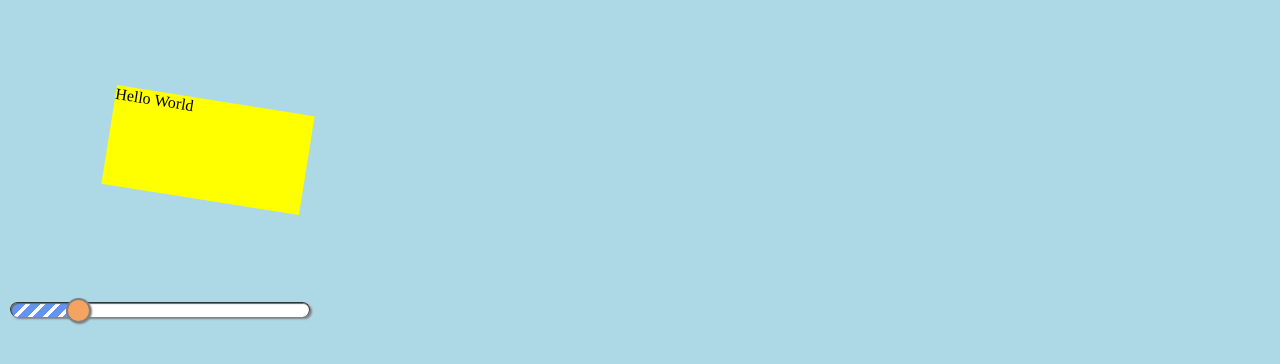
Repository: Jhin7782/HBuilder-Projects
Page: 【CSS】/动画/2d/transform/2.slider-control-box.html
An editor plug-in stored every save of this project. The page is shown before and after the next save, followed by the edit.
The browser window is 1280 px wide. The pictures show the whole page.

Above is the page before, as saved 2017-06-13 18:04:24.

### 【CSS】/动画/2d/transform/2.slider-control-box.html
<!DOCTYPE html>
<html>

	<head>
		<meta charset="UTF-8"/>
		<title></title>
		<link rel="stylesheet" type="text/css" href="css/input-range.css"/>
		<style>
			div {
				margin: 100px;
				width: 200px;
				height: 100px;
				background-color: yellow;
				/* Rotate div */
				-webkit-transform: rotate(9deg);
				-moz-transform: rotate(9deg);
				-ms-transform: rotate(9deg);
				transform: rotate(9deg);
			}
		</style>
	</head>

	<body>

		<div id="rotateBox">Hello World</div>
		<input type="range" id="slideBar" value="20" min="0" max="100" step="1" />

		<script type="text/javascript">
			var slideBar = document.getElementById("slideBar");
			var rotateBox = document.getElementById("rotateBox");
			var styleTag_slideBar = document.createElement("style");
			var styleTag_rotateBox = document.createElement("style");
			document.head.appendChild(styleTag_slideBar);
			document.head.appendChild(styleTag_rotateBox);
			var styleSheet_slideBar = styleTag_slideBar.sheet;
			var styleSheet_rotateBox = styleTag_rotateBox.sheet;

			var cssRule_slideBar = "input[type=range]::-webkit-slider-runnable-track {background-size: " + this.value + "% 100%;}";
			styleSheet_slideBar.insertRule(cssRule_slideBar, 0);
			var cssRule_rotateBox = "#rotateBox {-webkit-transform: rotate(" + this.value + "deg);";
			styleSheet_rotateBox.insertRule(cssRule_rotateBox, 0);

			slideBar.oninput = function() {
				//这种方式的改动不会显示在源代码中
				styleSheet_slideBar.cssRules[0].style.backgroundSize = this.value + "% 100%";
				styleSheet_rotateBox.cssRules[0].style.webkitTransform = "rotate(" + this.value + "deg)";
			}

		</script>
	</body>

</html>

### 【CSS】/动画/2d/transform/css/input-range.css
body {
	background: lightblue;
}

input[type=range]:focus {
	-webkit-tap-highlight-color: none;
	border: none;
	outline: none;
}

input[type=range] {
	-webkit-appearance: none;
	width: 300px;
	height: 15px;
	background: white;
	/*border: 1px solid #333;*/
	-webkit-border-radius: 25px;
	border-radius: 25px;
}

input[type=range]::-webkit-slider-thumb {
	-webkit-appearance: none;
	width: 25px;
	height: 25px;
	margin-top: -5px;
	background: sandybrown;
	border: 2px solid gray;
	-webkit-border-radius: 25px;
	border-radius: 25px;
	-webkit-box-shadow: 1px 1px 2px gray;
	box-shadow: 1px 1px 2px gray;
}

input[type=range]::-webkit-slider-runnable-track {
	height: 15px;
	background: repeating-linear-gradient(135deg, white, white 0.3em, cornflowerblue 0%, cornflowerblue 0.8em) no-repeat;
	background-size: 20% 100%;
	border: 1px solid #333;
	border-bottom: none;
	-webkit-border-radius: 25px;
	border-radius: 25px;
	-webkit-box-shadow: 2px 2px 2px gray, 1px 1px 1px #666 inset;
	box-shadow: 2px 2px 2px gray, 1px 1px 1px #666 inset;
}

After the next save:
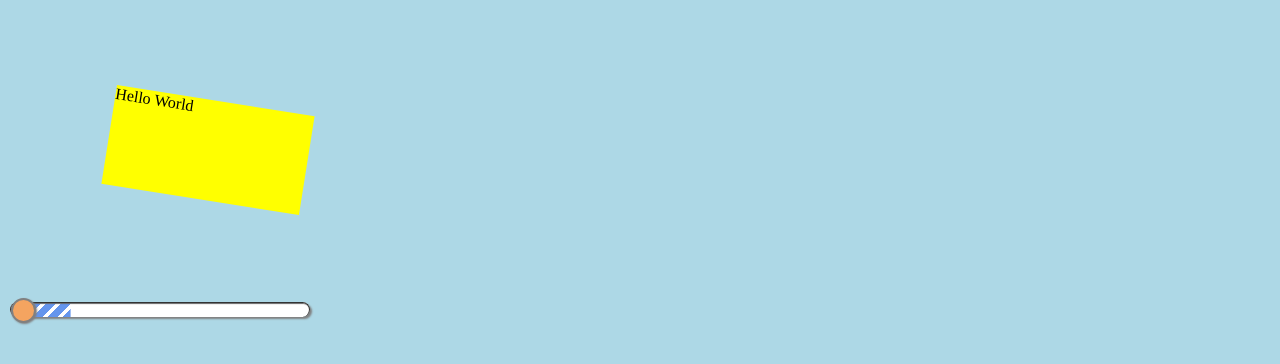
Saved 19 s later.
--- a/【CSS】/动画/2d/transform/2.slider-control-box.html
+++ b/【CSS】/动画/2d/transform/2.slider-control-box.html
@@ -23,7 +23,7 @@
 	<body>
 
 		<div id="rotateBox">Hello World</div>
-		<input type="range" id="slideBar" value="20" min="0" max="100" step="1" />
+		<input type="range" id="slideBar" value="0" min="0" max="360" step="1" />
 
 		<script type="text/javascript">
 			var slideBar = document.getElementById("slideBar");
